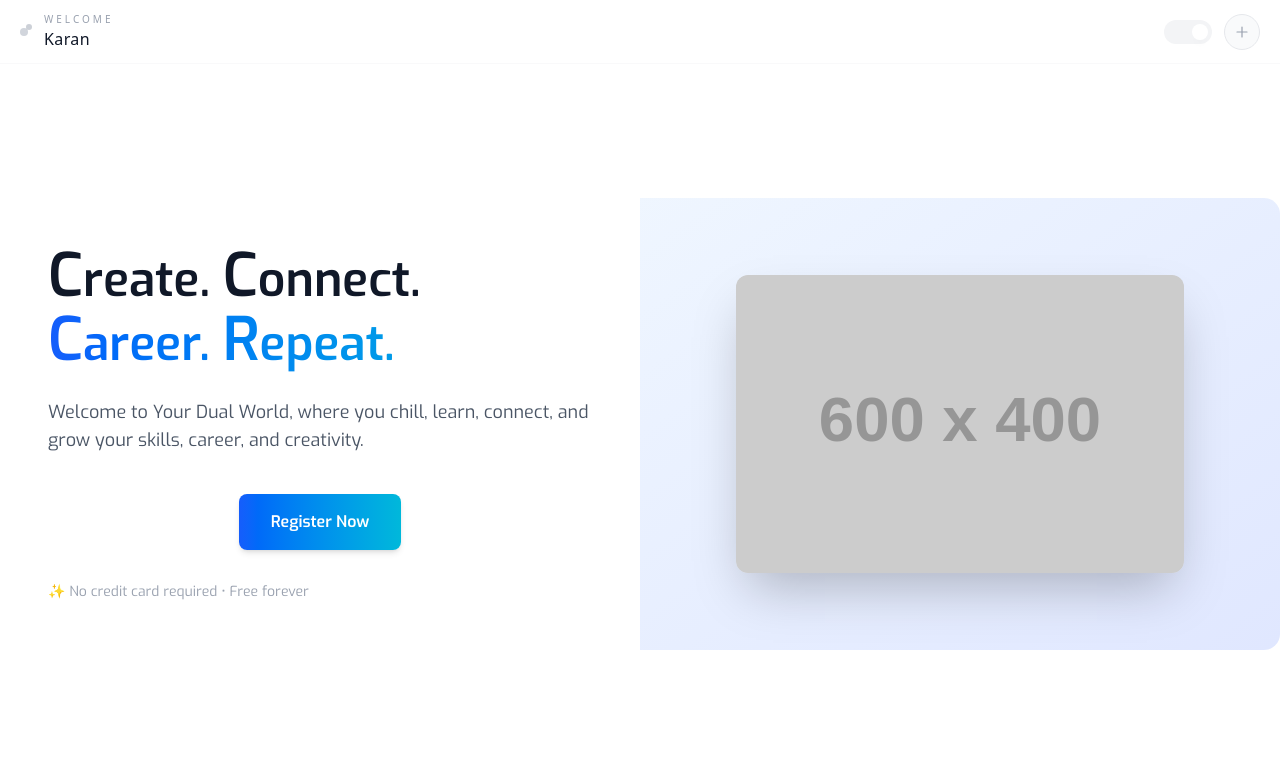
Repository: deepak445566/job
Page: / (app in frontend/)
These files come from the project's save history. The page is drawn as it stood at one moment and after the next save; the edit follows.
The browser window is 1280 px wide. The pictures show the whole page.
The page's requests for data from a server got no answer. Some web fonts or font styles are not loaded; a fallback is used. The project was rebuilt for these pictures with package versions that can differ from the ones it lists, and the page was loaded fresh each time. Some packages were replaced by stand-ins written for this rebuild. No one was signed in, and anything a server would have sent is missing. Also part of the build but not shown: frontend/vite.config.js, frontend/src/Components/auth/Login.jsx, frontend/src/Components/study/StudyDashboard.jsx, frontend/src/Components/chill/ChillDashboard.jsx.

Above is the page before, as saved 2026-02-26 14:09:09.

After the next save:
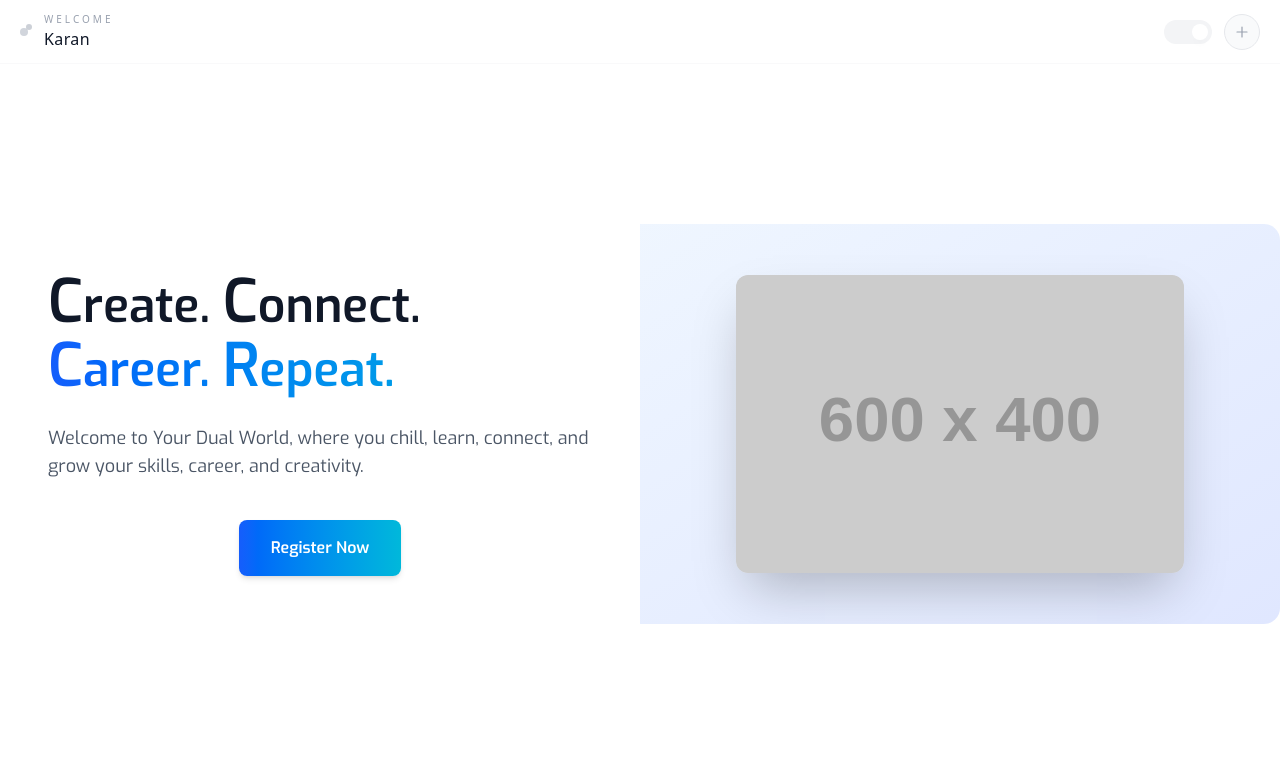
Saved 78 s later.
--- a/frontend/src/Components/Dashboard.jsx
+++ b/frontend/src/Components/Dashboard.jsx
@@ -48,8 +48,7 @@ function Dashboard() {
             </button>
           </div>
 
-          {/* Optional extra trust indicator */}
-          <p className="text-sm text-gray-400 pt-2">✨ No credit card required • Free forever</p>
+
         </div>
 
         {/* Right side: Image */}
